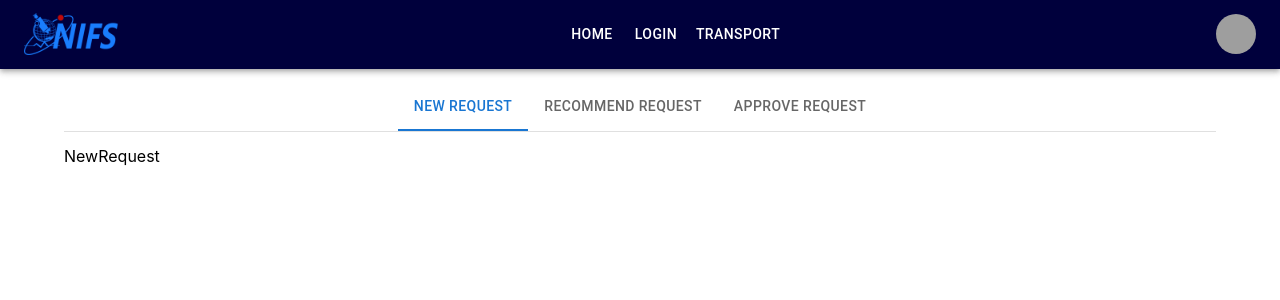
Repository: Ravindu97/NIFS_WebApplication
Page: /transport (app in client/)
The author's editor kept a copy of each file at every save. The page is drawn from the files as they stood at one save, then again after the next save.
The browser window is 1280 px wide. The pictures show the whole page.
Pictures or frames that could not be fetched are drawn as grey boxes. The project was rebuilt for these pictures with package versions that can differ from the ones it lists, and the page was loaded fresh each time. Also part of the build but not shown: client/src/pages/Home.js, client/src/pages/Login.js, client/src/components/Transport/RecommendedRequest.js, client/src/components/Transport/ApproveRequest.js.

Above is the page before, as saved 2022-06-30 20:58:50.

After the next save:
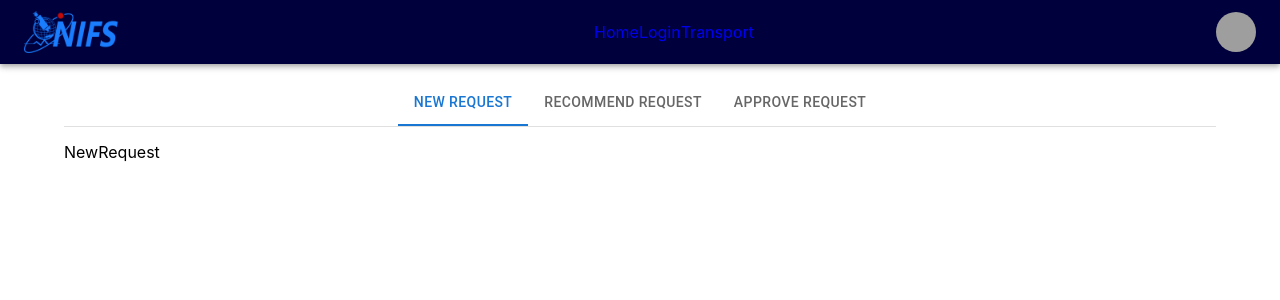
Saved 23 s later.
--- a/client/src/components/shared/Navbar.js
+++ b/client/src/components/shared/Navbar.js
@@ -137,13 +137,7 @@
 						{pages &&
 							pages.map((page) => (
 								<Link to={page.link} style={{ textDecoration: 'none' }}>
-									<Button
-										key={page.id}
-										onClick={handleCloseNavMenu}
-										sx={{ my: 2, color: 'white', display: 'block' }}
-									>
-										{page.title}
-									</Button>
+									{page.title}
 								</Link>
 							))}
 					</Box>

After the save that followed:
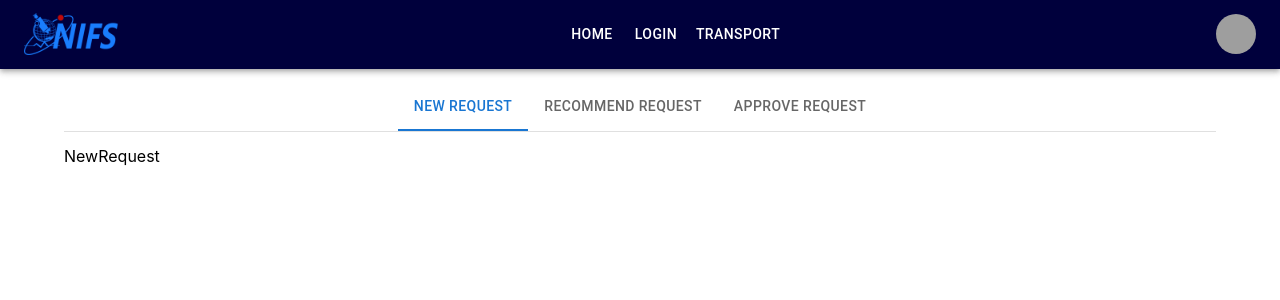
Saved 10 s later.
--- a/client/src/components/shared/Navbar.js
+++ b/client/src/components/shared/Navbar.js
@@ -137,7 +137,13 @@
 						{pages &&
 							pages.map((page) => (
 								<Link to={page.link} style={{ textDecoration: 'none' }}>
-									{page.title}
+									<Button
+										key={page.id}
+										onClick={handleCloseNavMenu}
+										sx={{ my: 2, color: 'white', display: 'block' }}
+									>
+										{page.title}
+									</Button>
 								</Link>
 							))}
 					</Box>
